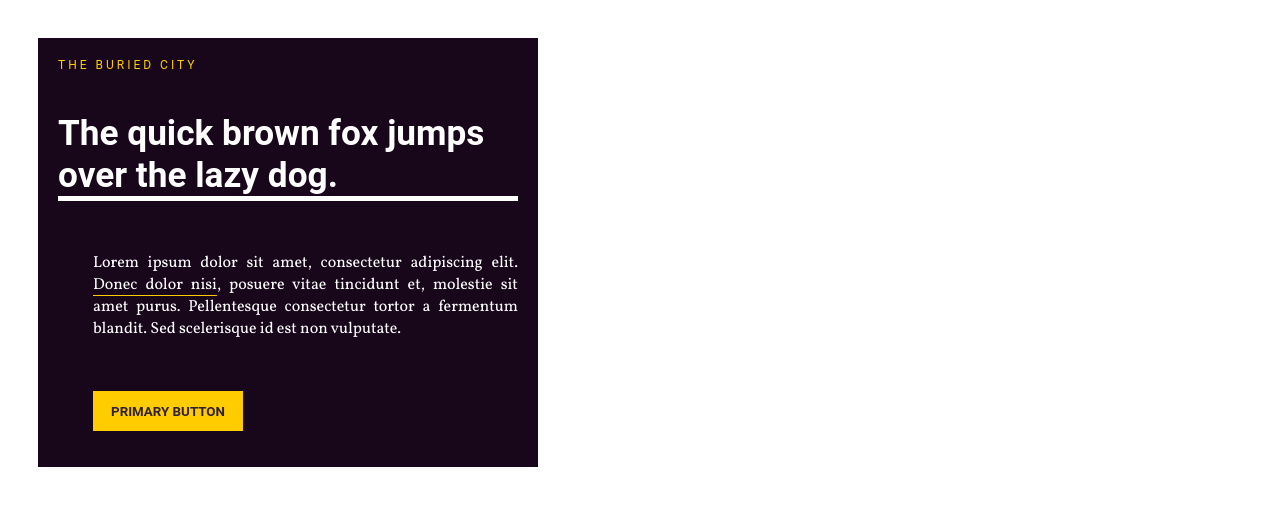
Repository: rafigabriel/TP2---Web-I
Page: ex03-css/index.html
An editor plug-in stored every save of this project. The page is shown before and after a run of saves, followed by the edit.
The browser window is 1280 px wide. The pictures show the whole page.

Above is the page before, as saved 2024-09-09 18:21:51.

### ex03-css/index.html
<!DOCTYPE html>
<html lang="pt-br">
    <head>
        <meta charset="UTF-8">
        <meta name="viewport" content="width=device-width, initial-scale=1.0">
        <title>Exercicio 3</title>
        <link rel="stylesheet" href="style.css">
        <link rel="preconnect" href="https://fonts.googleapis.com">
        <link rel="preconnect" href="https://fonts.gstatic.com" crossorigin>
        <link
            href="https://fonts.googleapis.com/css2?family=Roboto+Condensed:ital,wght@0,100..900;1,100..900&display=swap"
            rel="stylesheet">
        <link rel="preconnect" href="https://fonts.googleapis.com">
        <link rel="preconnect" href="https://fonts.gstatic.com" crossorigin>
        <link
            href="https://fonts.googleapis.com/css2?family=Vollkorn:ital,wght@0,400..900;1,400..900&display=swap"
            rel="stylesheet">

    </head>
    <body>
        <div id="container">
            <p id="secao">The buried city</p>
            <h1>The quick brown fox jumps over the lazy dog.</h1>
            <p>Lorem ipsum dolor sit amet, consectetur adipiscing elit. <a
                    id="link"
                    href="#">Donec dolor nisi</a>, posuere vitae tincidunt et,
                molestie sit amet purus. Pellentesque consectetur tortor a
                fermentum
                blandit. Sed scelerisque id est non vulputate.</p>
            <p>
                <button>Primary button</button>
            </p>

        </div>

    </body>
</html>

### ex03-css/style.css
body{
    width: 500px;
    color: #231900;
    padding: 30px;
}

#container{
    background-color: #18071B;
    padding: 20px;
}

h1{
    font-size: 2.2em;
    font-family: "Roboto", sans-serif;
    font-style: normal;
    font-weight: 700;
    color: white;
    margin-bottom: 0;
    margin-top: 40px;
    border-bottom: 5px solid white;
}
p{
    text-align: justify;
    padding: 35px;
    padding-right: 0;
    padding-bottom: 0;
    font-family: "Vollkorn", serif;
    font-weight: 400;
    font-style: normal;
    font-size: 1em;
    color: white;
}

#secao{
    padding: 0;
    font-family: "Roboto", sans-serif;
    font-style: normal;
    font-weight: 400;
    font-size: 0.75em;
    color: #FFCC00;
    letter-spacing: 0.25em;
    margin-top: auto;
    text-transform: uppercase;
}

#link{
    font-family: "Vollkorn", serif;
    font-weight: 400;
    color: white;
    text-decoration: underline;
    text-decoration-color: #FFCC00;
    text-decoration-thickness:1px ;
    text-underline-offset: 6px;
}

button{
    display: block;
    background-color: #FFCC00;
    color: #2F2032;
    width: 150px;
    height: 40px;
    border: none;
    font-weight: 700;
    margin-top: 0px;
    font-family: "Roboto", sans-serif;
    text-transform: uppercase;
    text-align: center;
    margin-bottom: 0;
}

After the next 3 saves:
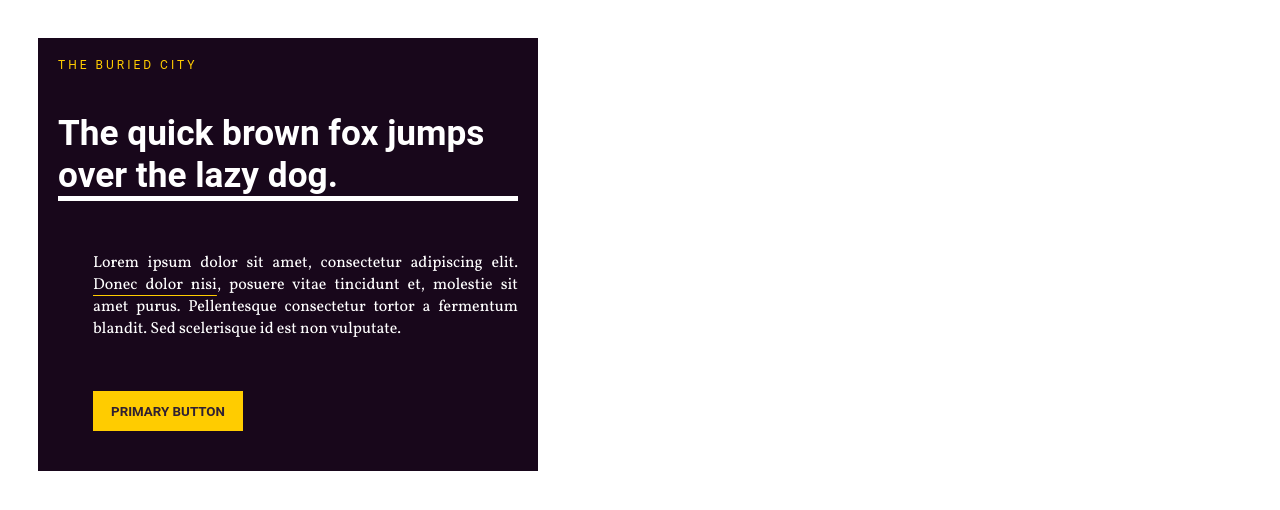
The 3 saves are shown as one change because they came seconds apart.
The last was saved 9 s later.
--- a/ex03-css/style.css
+++ b/ex03-css/style.css
@@ -65,5 +65,5 @@ button{
     font-family: "Roboto", sans-serif;
     text-transform: uppercase;
     text-align: center;
-    margin-bottom: 0;
+    margin-bottom: 20px;
 }
